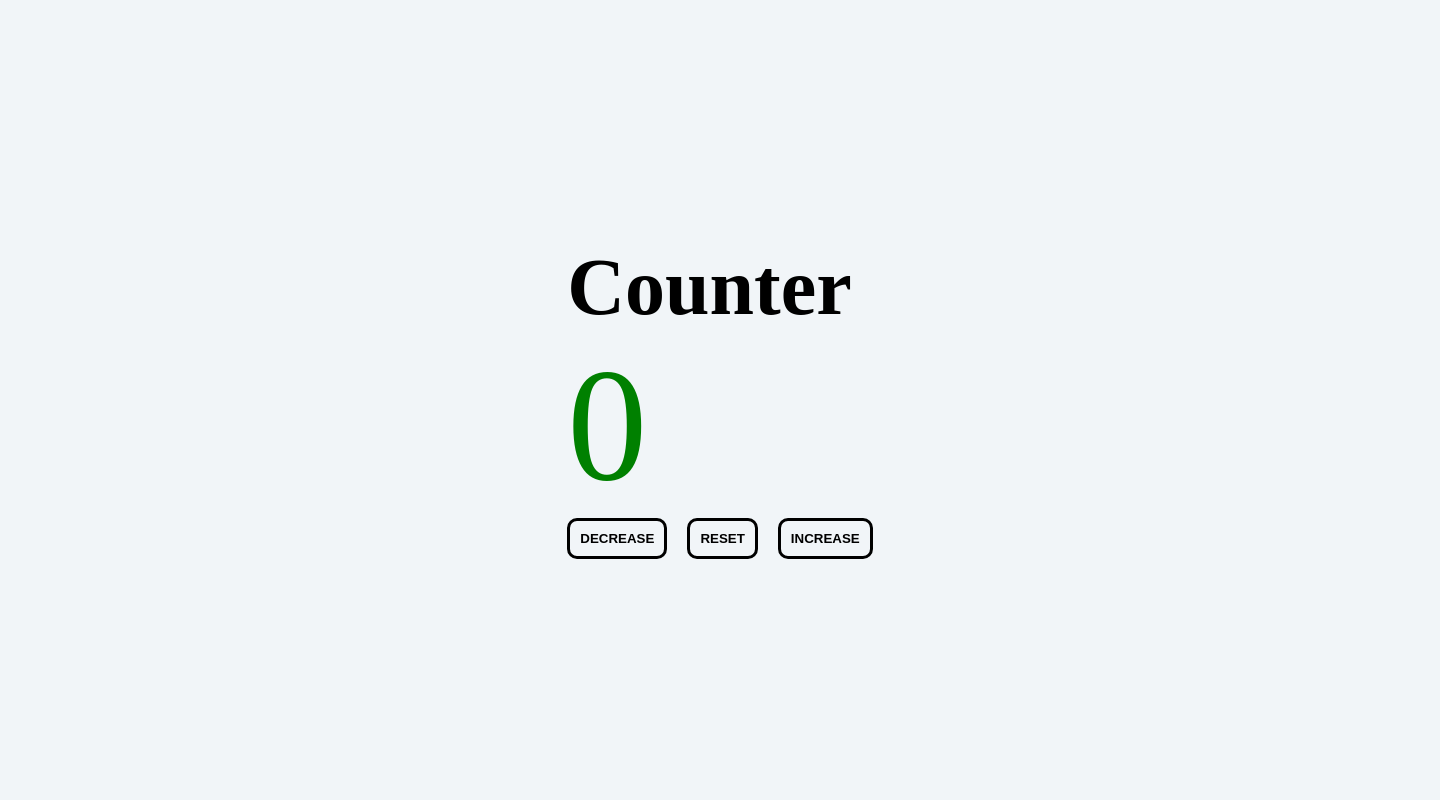
Repository: imokha01/createCounter
Page: index.html
An editor plug-in stored every save of this project. The page is shown before and after a run of saves, followed by the edit.
The browser window is 1280 px wide. The page is 1440 px wide, then 1280 px, so the pictures cover 1440 px, including what lies to the right of the window. The pictures show the whole page.

Above is the page before, as saved 2024-01-18 09:14:19.

### index.html
<!DOCTYPE html>
<html lang="en">
  <head>
    <meta charset="UTF-8" />
    <meta name="viewport" content="width=device-width, initial-scale=1.0" />
    <link rel="stylesheet" href="style.css" />
    <title>Document</title>
  </head>
  <body>
    <div class="main">
      <div class="container">
        <h1>Counter</h1>
        <div id="countDisplay" value="0">0</div>
        <div class="controls">
          <button  class="btn decrease">DECREASE</button>
          <button  class="btn reset">RESET</button>
          <button  class="btn increase">INCREASE</button>
        </div>
      </div>
    </div>
    <script src="./index.js"></script>
  </body>
</html>

### style.css
* {
    margin: 0;
    padding: 0;
    box-sizing: border-box;
}

body {
    overflow: hidden    ;
}

.main {
    display: flex;
    flex-direction: column;
    justify-content: center;
    align-items: center;
    background-color: #f1f5f8;
    width: 90rem;
    height: 50rem;
}

h1 {
    font-size: 5rem;
}

#countDisplay {
    color: green;
    font-size: 10rem;

}

.controls {
    display: flex;
    gap: 20px;
}

.controls > button {
    padding: 10px;
    border: 3px solid black;
    border-radius: 10px;
    font-weight: 700;
    background-color: transparent;
    cursor: pointer;
}

### index.js
// select values and buttons
const counterScreen = document.querySelector("#countDisplay");
const Buttons = document.querySelectorAll(".btn")

// set initial count value
let count = 0;

//set the button function
Buttons.forEach((btn) => {
    btn.addEventListener("click", (e) => {
        const styles = e.currentTarget.classList;
        if (styles.contains("decrease")){
            count--;
        } else if (styles.contains("increase")){
            count++
        } else {
            count =  0;
        }
        if(count > 0){
            counterScreen.style.color = "green";
        }
         if (count < 0) {
            counterScreen.style.color = "red";
        }
        if(count === 0){
            counterScreen.style.color = "black";
        }
        counterScreen.textContent = count;
    });
});



// const counter = () => {
//     let count = 0;
//     if (increaseButton) {
//         return count += 1
//         console.log(count)
//     }
// }

After the next 3 saves:
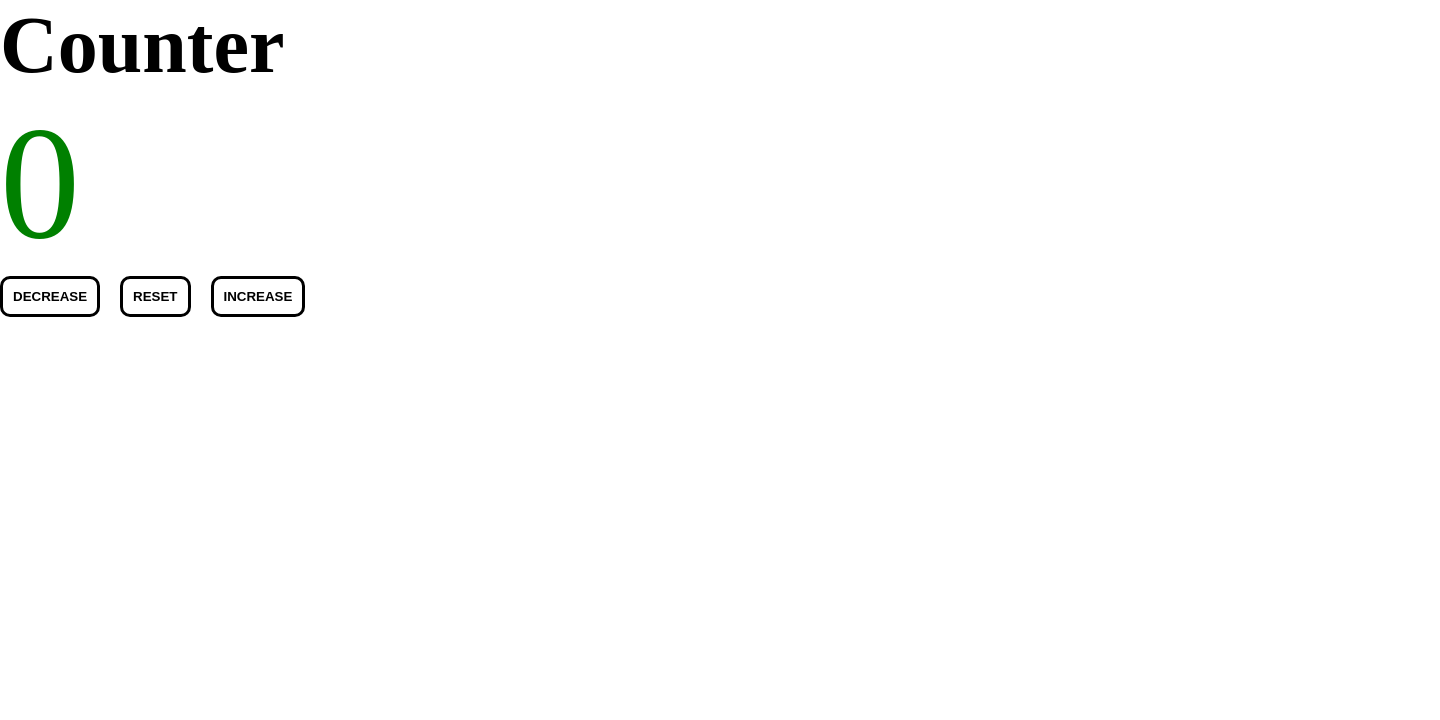
The 3 saves are shown as one change because they came seconds apart.
The last was saved 54 s later.
--- a/style.css
+++ b/style.css
@@ -4,11 +4,10 @@
     box-sizing: border-box;
 }
 
-body {
-    overflow: hidden    ;
-}
 
-.main {
+
+.main,
+ {
     display: flex;
     flex-direction: column;
     justify-content: center;
